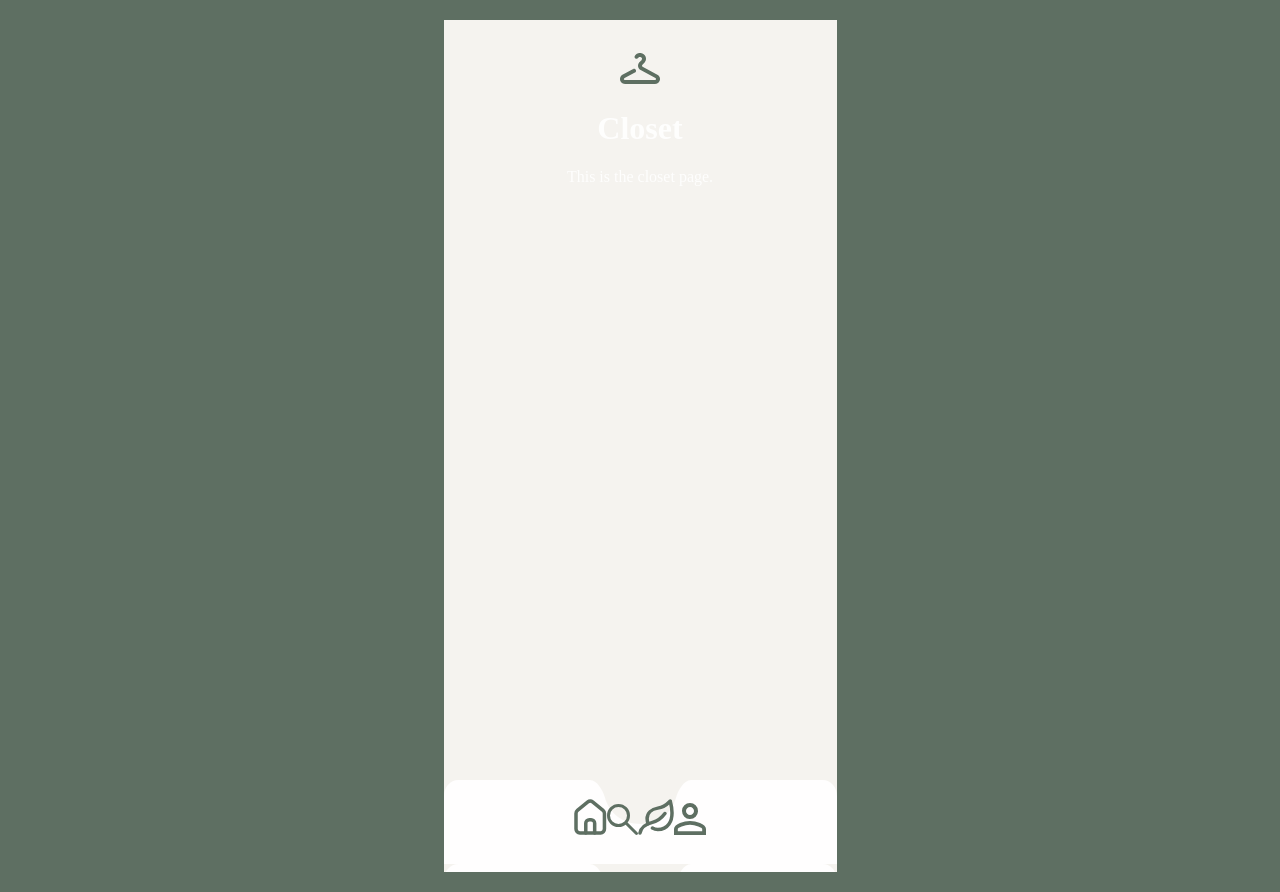
Repository: Strawb3rryjam/app-slotion
Page: /closet
An editor plug-in stored every save of this project. The page is shown before and after the next save, followed by the edit.
The browser window is 1280 px wide. The pictures show the whole page.
The project was rebuilt for these pictures with package versions that can differ from the ones it lists, and the page was loaded fresh each time. Also part of the build but not shown: vite.config.js. Imported but missing from the stored project, and not drawn on this page: src/pages/Home.

Above is the page before, as saved 2025-05-09 02:23:38.

### src/main.jsx
import { StrictMode } from 'react'
import { createRoot } from 'react-dom/client'
import './index.css'

import { BrowserRouter } from 'react-router-dom'
import App from './App.jsx'

createRoot(document.getElementById('root')).render(
  <StrictMode>
    <BrowserRouter>
      <App />
    </BrowserRouter>
  </StrictMode>
)

### src/index.css
:root {
  color: rgba(255, 255, 255, 0.87);
}

body {
  width: 393px;
  min-height: 852px;
  margin: 0 auto;
  margin-top: 20px;
  margin-bottom: 20px;

  background-color: #F5F3EF;
  position: relative;

}

html {
  background-color: #5E6F62;
}

### src/App.jsx
import './App.css'
import Home from './pages/Home'
import Closet from './pages/Closet'
import {Routes, Route} from 'react-router-dom'
import FinalNav from './components/finalNav.jsx'


function App() {
  return (
    <div>
      <FinalNav />
      <main className = "main-content">
        <Routes>
          <Route path = "/" element = {<Home />} />
          <Route path = "/closet" element = {<Closet />} />

        </Routes>
      </main>
    </div>

  )
}

export default App

### src/pages/Closet.jsx

function Closet() {
  return (
    <div>
      <h1>Closet</h1>
      <p>This is the closet page.</p>
    </div>
  );
}

export default Closet;

### src/components/finalNav.jsx
import NavBar from "../components/NavBar.jsx";
import ClosetButton from "../components/closetPageButton.jsx";


export default function FinalNav() {
    return (
        <div className="nav-container">
            <NavBar />
            <ClosetButton />
        </div>
    );
}

### src/components/NavBar.jsx
import { Link } from "react-router-dom";
import styles from "../css/NavBar.module.css";  // Use this to import styles

/*images*/
import navBase from "../assets/NavBar.svg";
import homeIcon from "../assets/Home.svg";
import searchIcon from "../assets/search.svg";
import closetIcon from "../assets/Hanger.svg";
import tipsIcon from "../assets/leaf.svg";
import profileIcon from "../assets/Profile.svg";

/*component*/
import ClosetButton from "../components/closetPageButton";


function NavBar() {
    return (
        <nav className={styles.navbar}> {/* Use styles.navbar for CSS modules */}
            <div className={styles["navbar-links"]}> {/* Use styles for other classes */}
                <Link to="/" className={styles.Home}>
                    <img src={homeIcon} alt="Home" className={styles["nav-icon"]} />
                </Link>
                <Link to="/Search" className={styles.Search}>
                    <img src={searchIcon} alt="Search" className={styles["nav-icon"]} />
                </Link>



                <Link to="/Tips" className={styles.Tips}>
                    <img src={tipsIcon} alt="Tips" className={styles["nav-icon"]} />
                </Link>
                <Link to="/Profile" className={styles.Profile}>
                    <img src={profileIcon} alt="Profile" className={styles["nav-icon"]} />
                </Link>


            </div>
        </nav>
    );
}

export default NavBar;

### src/components/closetPageButton.jsx
import { useState } from "react";
import { Link } from "react-router-dom";
import styles from "../css/closetPageButton.module.css"; // ✅ Make sure file name matches

// Import icons
import closetNotActive from "../assets/Hanger.svg";
import closetActive from "../assets/HangerActive.svg";



export default function ClosetButton() {
    const [isActive, setIsActive] = useState(false);

    const handleClick = () => {
        setIsActive(!isActive);
    };

    return (
        <div className={styles.closetWrapper}>
            {isActive && (
                <div className={styles.dropdown}>
                    <Link to="/CreatePost" className={styles.dropdownOption1}>Create Post</Link>
                    <Link to="/Closet" className={styles.dropdownOption2}>View Closet</Link>
                </div>
            )}
            <button onClick={handleClick} className={styles.Closet}>
                <img
                    src={isActive ? closetActive : closetNotActive}
                    alt="Closet"
                    className={styles["nav-icon"]}
                />
            </button>
        </div>
    );
}

### src/css/NavBar.module.css
.navbar {
    padding-top: 19px ;
    padding-bottom: 33px;
    padding-left: 32px;
    padding-right: 32px;


    position: absolute;
    bottom: 0;
    left: 0;
    display: flex;
    justify-content: center;  /* Align the navbar content centrally */


    background-image: url(../assets/NavBar.svg);
    width: 329px;
    max-height:84px;
  }




  /*icons*/
  .Home {
    width: 28.444px;
    height: 32px;
  }

  .Search{
    width: 31px;
    height: 31px;
  }

  .Tips{
    width: 32px;
    height: 32px;
  }

.Profile{
  width: 32px;
  height: 32px;
}

### src/css/closetPageButton.module.css
.closetWrapper {
    position: relative;
    display: inline-block;
}

.dropdown {
    top: -110px; /* adjust as needed */
    border-radius: 8px;
    padding: 0.5rem;
    display: flex;
    flex-direction: column;
    align-items: center;

    gap: 0.5rem;
    z-index: 10;

    position: absolute;
    bottom: 100%;
    left: 50%;
    transform: translateX(-50%);

}

.dropdownOption1,
.dropdownOption2 {
    color: white;
    text-decoration: none; /* removes underline */
    padding: 0.5rem 1rem;
    border-radius: 4px;
    font-weight: bold;
    text-align: center;
    background-color: transparent;
    transition: background-color 0.2s;
    align-self: center;

    width: 361px;
    height: 59px;
    background-color: #4CAF50; /* green background */


}

.dropdownOption1:hover,
.dropdownOption2:hover {
    background-color: rgba(255, 255, 255, 0.2); /* subtle hover effect */
}

.Closet {
    background: none;
    border: none;
    cursor: pointer;
}

.nav-icon {
    width: 40px;
    height: auto;
}

Loaded but not shown: index.html (common file); src/App.css (common file)

After the next save:
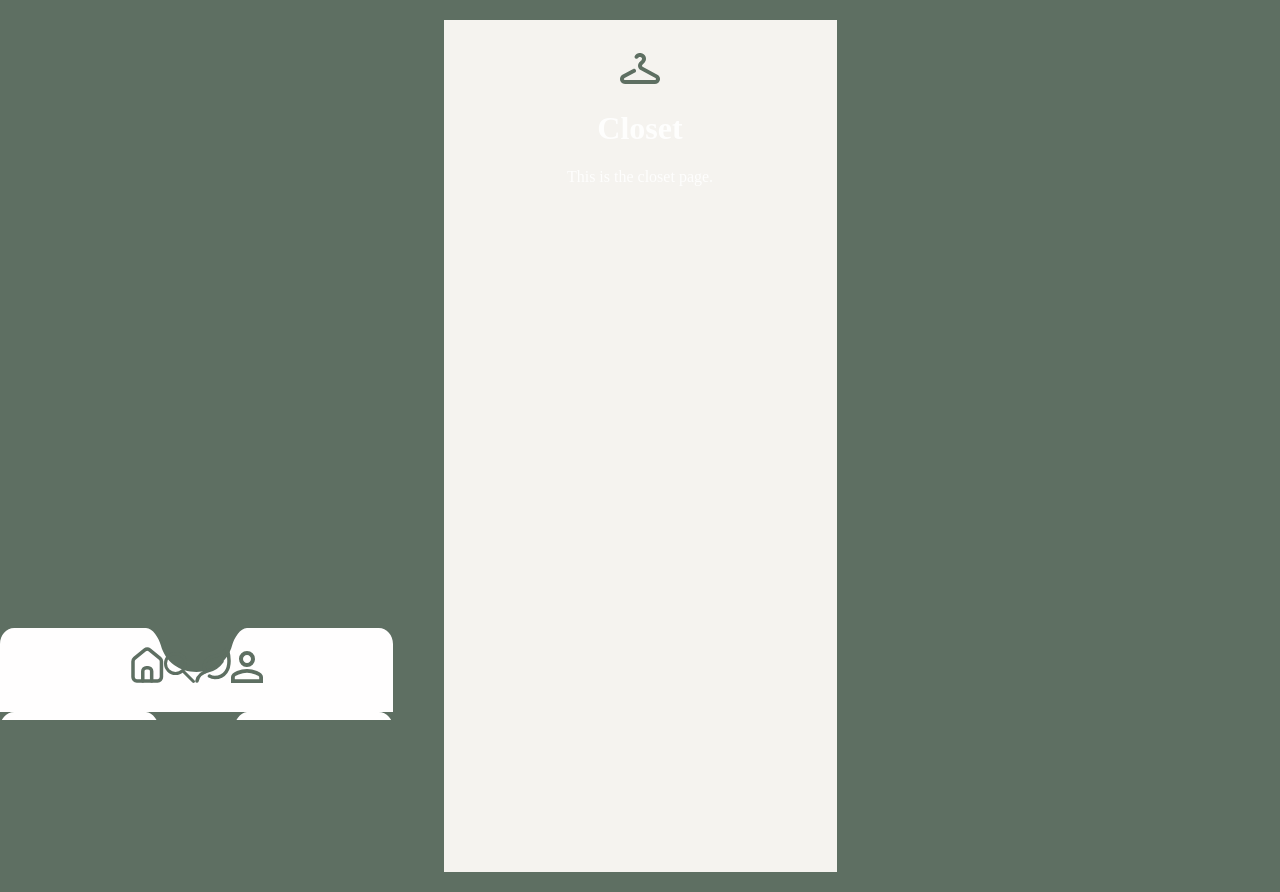
Saved 64 s later.
--- a/src/css/NavBar.module.css
+++ b/src/css/NavBar.module.css
@@ -5,8 +5,8 @@
     padding-right: 32px;
 
 
-    position: absolute;
-    bottom: 0;
+    position: fixed;
+  bottom: 0;
     left: 0;
     display: flex;
     justify-content: center;  /* Align the navbar content centrally */
